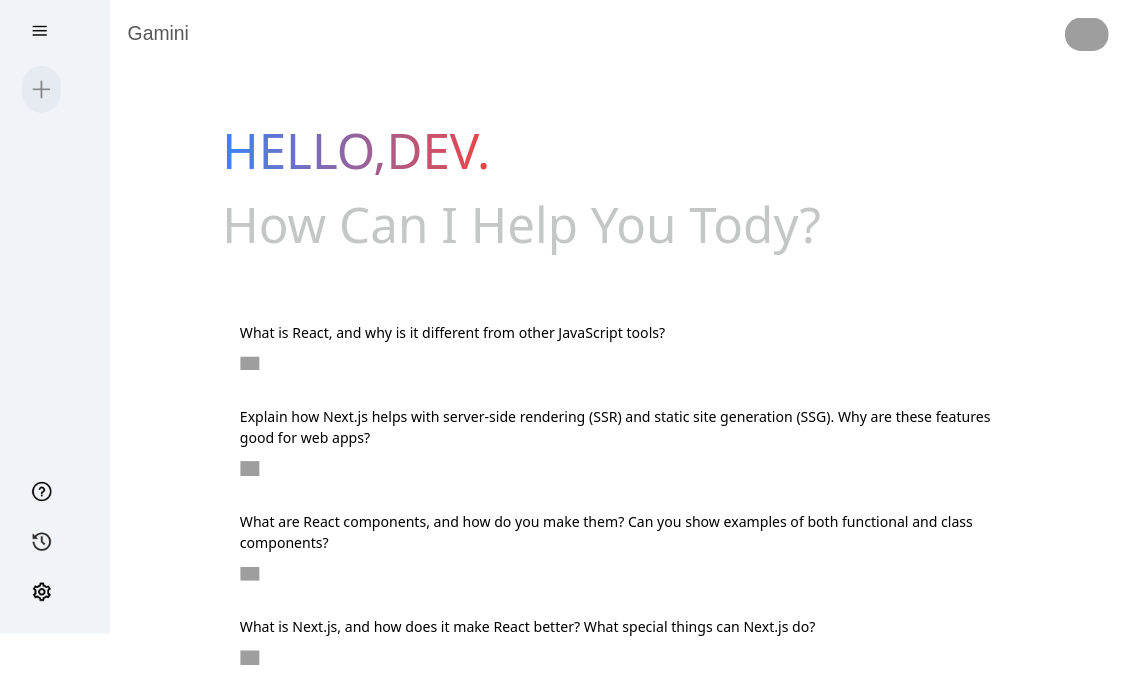
Repository: VilokMasuti/Gamini
Page: / (app in gamini/)
The author's editor kept a copy of each file at every save. The page is drawn from the files as they stood at one save, then again after the next save.
The browser window is 1280 px wide. The pictures show the whole page, at 88% of full size.
Pictures or frames that could not be fetched are drawn as grey boxes. The project was rebuilt for these pictures with package versions that can differ from the ones it lists, and the page was loaded fresh each time. Also part of the build but not shown: gamini/vite.config.js.

Above is the page before, as saved 2024-03-19 11:37:15.

### gamini/src/App.jsx
import Main from "./Components/Main/Main";
import SideBar from "./Components/Sidebar/SideBar";

function App() {
  return (
    <div className=" flex">
      <SideBar />
      <Main />
    </div>
  );
}

export default App;

### gamini/src/index.css
@tailwind base;
@tailwind components;
@tailwind utilities;

@import url("https://fonts.googleapis.com/css2?family=Outfit&display=swap");

/* Define a CSS class for applying the font-family */
.font-outfit {
  font-family: "Outfit", sans-serif; /* Include a fallback font */
}

### gamini/src/Components/Main/Main.jsx
import { assets } from "../../assets/assets";
import "../../index.css";
import { card } from "../../utils";
const Main = () => {
  return (
    <div className=" main flex-1 max-h-[100vh] pb-[15vh] relative">
      <div className=" nav  p-[20px] items-center flex justify-between text-[#585858]  font-outfit ">
        <p className=" text-[22px]">Gamini </p>
        <img
          className=" rounded-full"
          src={assets.user_icon}
          alt="icon"
          width={50}
          height={50}
        />
      </div>
      <div className=" max-w-[900px] m-auto">
        <div className="greet mt-[50px] mb-[50px] ml-0 mr-0  text-[56px] text-[#c4c7c5] font-[500] p-20px">
          <p>
            <span className="bg-gradient-to-r from-blue-500 to-red-500 bg-clip-text text-transparent">
              HELLO,DEV.
            </span>
          </p>
          <p>How Can I Help You Tody? </p>
        </div>

        {card.map(item => (
          <>
            <div
              key={item}
              className="  grid grid-templete-coloums:repeat(auto-fill,minmax(180px,1fr)) gap-[15px] p-[20px] "
            >
              <p> {item.p} </p>
              <img src={item.img} alt="img" width={22} height={22} />
            </div>
          </>
        ))}
      </div>
    </div>
  );
};

export default Main;

### gamini/src/Components/Sidebar/SideBar.jsx
import { useState } from "react";
import { assets } from "../../assets/assets";
import "../../index.css";

const SideBar = () => {
  const [extended, setExtended] = useState(false);
  return (
    <main className="  max-md:hidden  sidebar min-h-[100vh]  flex-col justify-between bg-[#f0f4f9] inline-flex p-[25px]   font-outfit ">
      <div className="top">
        <img
          onClick={() => setExtended(pre => !pre)}
          className=" block ml-[10px] cursor-pointer"
          width={20}
          height={21}
          src={assets.menu_icon}
          alt="menu"
        ></img>
        <div className="new-chat mt-[30px] inline-flex items-center gap-10 bg-[#e6eaf1]   rounded-full p-3 font-semibold text-gray-400 cursor-pointer">
          <img src={assets.plus_icon} width={20} height={21} alt="alt" />
          {extended ? <p>New Chat</p> : null}
        </div>
        {extended ? (
          <div className="recent flex flex-col">
            <p className="mt-[30px] mb-[20px]">Recent</p>
            <div className=" flex text-start gap-[10px] p-[10px] pr-[40px] rounded-md  text-[#282828] cursor-pointer hover:bg-[#e2e6eb] duration-1000">
              <img
                className=" rounded-md"
                src={assets.message_icon}
                alt="resct"
                width={20}
                height={21}
              />
              <p> What is react... </p>
            </div>
          </div>
        ) : null}
      </div>
      <div className="bottom  flex flex-col gap-3">
        <div className=" flex gap-3 rounded-md  text-[#282828] cursor-pointer hover:bg-[#e2e6eb] duration-1000  p-[10px] pr-[40px] ">
          <img src={assets.question_icon} width={25} height={25} alt="q" />
          {extended ? <p>Help</p> : null}
        </div>
        <div className=" flex gap-3 rounded-md  text-[#282828] cursor-pointer hover:bg-[#e2e6eb] duration-1000  p-[10px] pr-[40px] ">
          <img src={assets.history_icon} width={25} height={25} alt="q" />
          {extended ? <p>Activity</p> : null}
        </div>
        <div className=" flex gap-3 rounded-md  text-[#282828] cursor-pointer hover:bg-[#e2e6eb] duration-1000  p-[10px] pr-[40px] ">
          <img src={assets.setting_icon} width={25} height={25} alt="q" />
          {extended ? <p>settings</p> : null}
        </div>
      </div>
    </main>
  );
};

export default SideBar;

### gamini/src/assets/assets.js
import history_icon from './history_icon.png'
import menu_icon from './menu_icon.png'
import plus_icon from './plus_icon.png'
import question_icon from './question_icon.png'
import setting_icon from './setting_icon.png'
import bulb_icon from './bulb_icon.png'
import compass_icon from './compass_icon.png'
import gallery_icon from './gallery_icon.png'
import mic_icon from './mic_icon.png'
import user_icon from './user_icon.png'
import youtube_icon from './youtube_icon.png'
import message_icon from './message_icon.png'
import code_icon from './code_icon.png'
import send_icon from './send_icon.png'
import gemini_icon from './gemini_icon.png'

export const assets = {
    history_icon,
    menu_icon,
    plus_icon,
    question_icon,
    setting_icon,
    bulb_icon,
    compass_icon,
    gallery_icon,
    mic_icon,
    user_icon,
    youtube_icon,
    message_icon,
    code_icon,
    send_icon,
    gemini_icon
}

### gamini/src/utils/index.js
export const card = [
  {
    p: "What is React, and why is it different from other JavaScript tools?",
    img: "../assets/compass_icon.png",
  },
  {
    p: "Explain how Next.js helps with server-side rendering (SSR) and static site generation (SSG). Why are these features good for web apps?",
    img: "../assets/compass_icon.png",
  },
  {
    p: "What are React components, and how do you make them? Can you show examples of both functional and class components?",
    img: "../assets/compass_icon.png",
  },
  {
    p: "What is Next.js, and how does it make React better? What special things can Next.js do?",
    img: "../assets/compass_icon.png",
  },
];

Loaded but not shown: gamini/index.html (common file); gamini/src/main.jsx (common file); gamini/tailwind.config.js (common file)

After the next save:
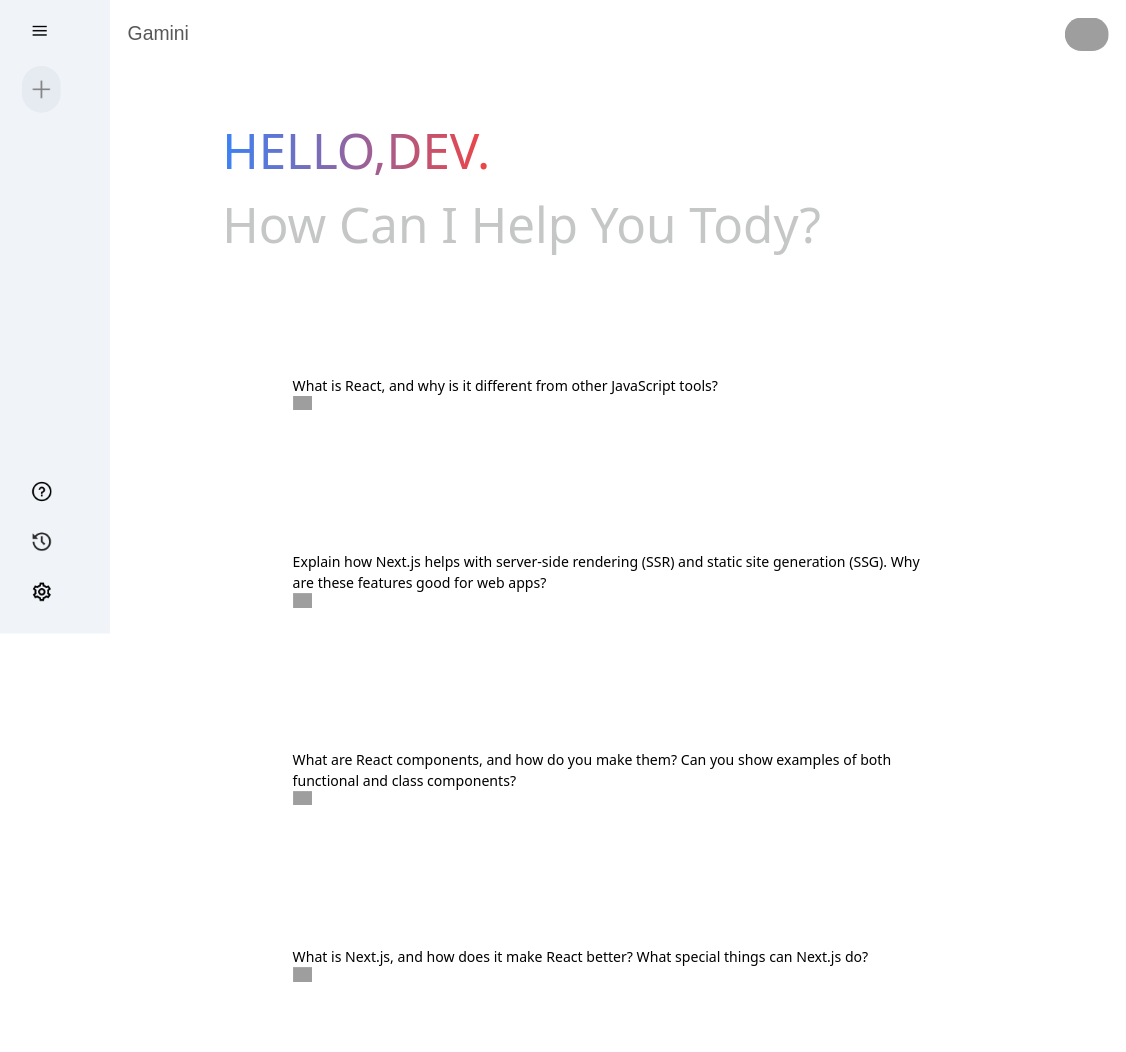
Saved 28 s later.
--- a/gamini/src/Components/Main/Main.jsx
+++ b/gamini/src/Components/Main/Main.jsx
@@ -26,10 +26,7 @@
 
         {card.map(item => (
           <>
-            <div
-              key={item}
-              className="  grid grid-templete-coloums:repeat(auto-fill,minmax(180px,1fr)) gap-[15px] p-[20px] "
-            >
+            <div key={item} className="grid grid-cols-auto-fill gap-15 p-20">
               <p> {item.p} </p>
               <img src={item.img} alt="img" width={22} height={22} />
             </div>

After the 2 saves that followed:
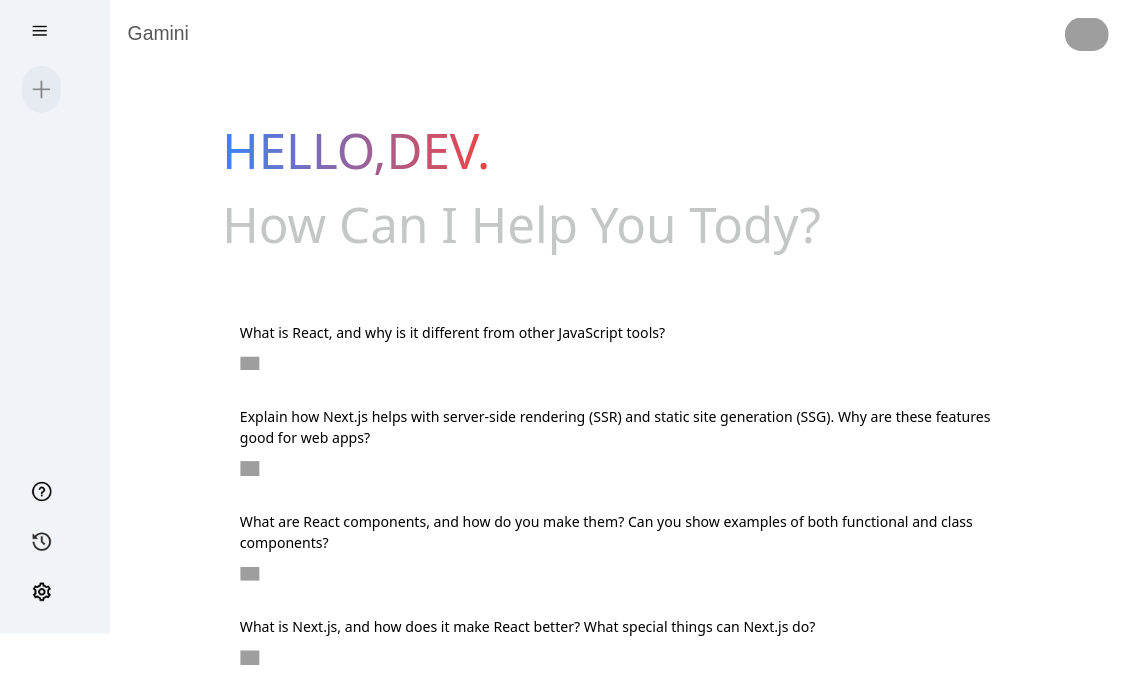
The 2 saves are shown as one change because they came seconds apart.
The last was saved 52 s later.
--- a/gamini/src/Components/Main/Main.jsx
+++ b/gamini/src/Components/Main/Main.jsx
@@ -26,7 +26,10 @@
 
         {card.map(item => (
           <>
-            <div key={item} className="grid grid-cols-auto-fill gap-15 p-20">
+            <div
+              key={item}
+              className="grid grid-cols-auto-fill gap-[15px] p-[20px]"
+            >
               <p> {item.p} </p>
               <img src={item.img} alt="img" width={22} height={22} />
             </div>
